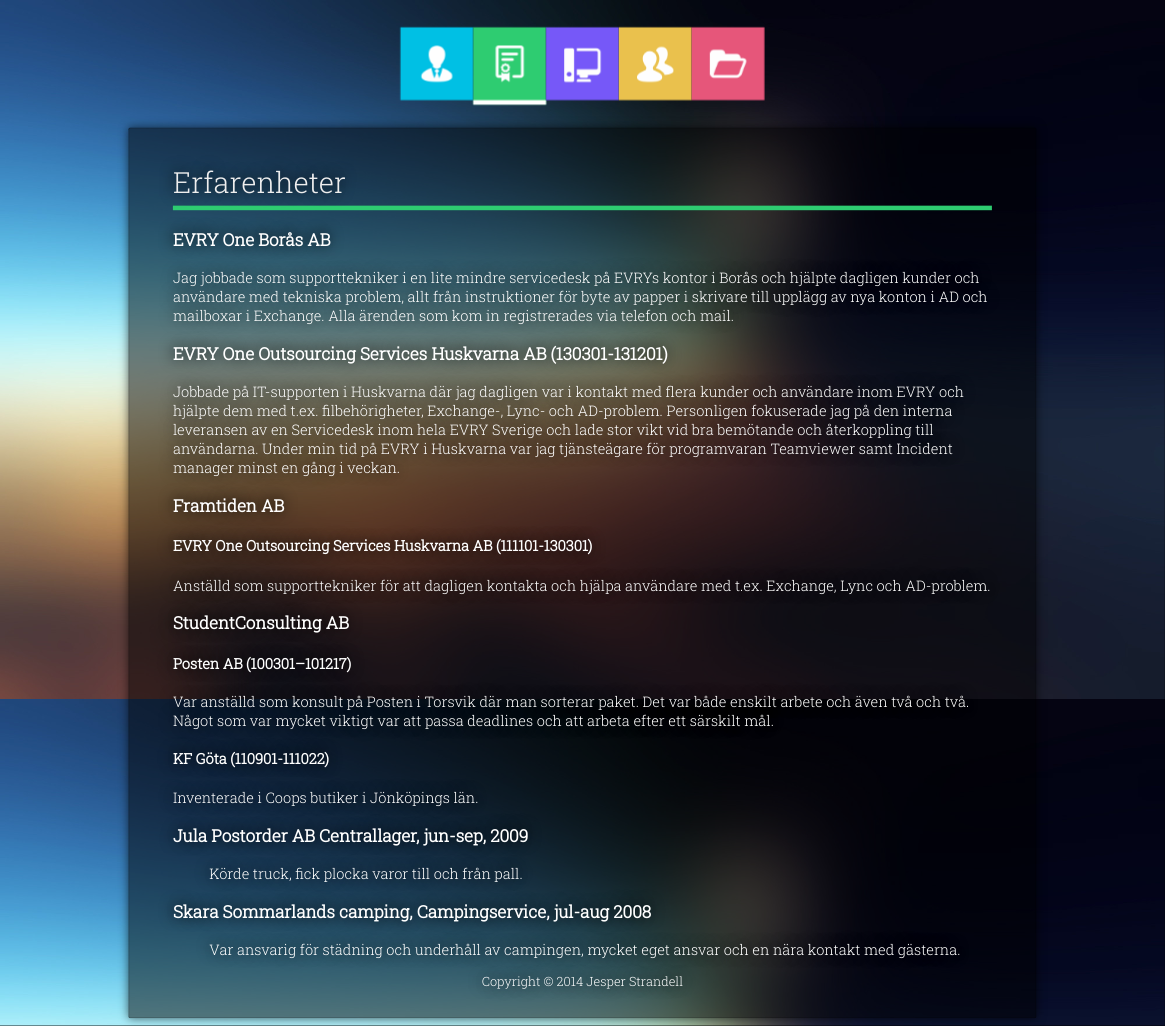
Repository: ja222vv/minipage
Page: pages/experience.html
The author's editor kept a record of every edit. The page is drawn from the files as they stood at one moment, then again after the next edit.
The browser window is 1280 px wide. The pictures show the whole page, at 91% of full size.
Backgrounds fixed to the window are drawn as part of the page.

Above is the page before.
Not found: pages/scripts/script.js

After the next edit:
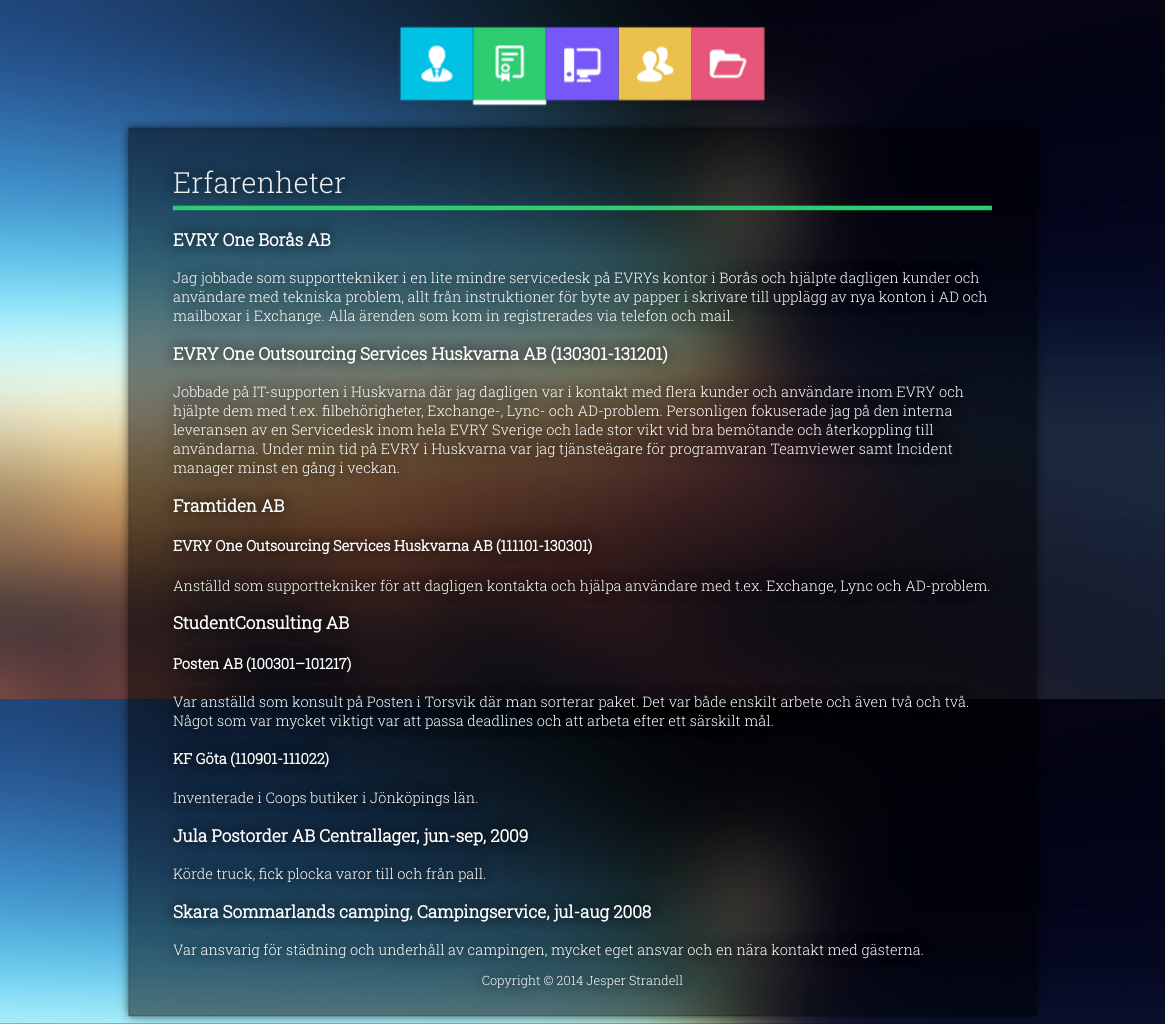
The edit:
--- a/pages/experience.html
+++ b/pages/experience.html
@@ -61,13 +61,9 @@
                     <h4>KF Göta (110901-111022)</h4>
                             Inventerade i Coops butiker i Jönköpings län.
                 <h3>Jula Postorder AB Centrallager, jun-sep, 2009</h3>
-                    <ul class="nostyle">
                         Körde truck, fick plocka varor till och från pall.
-                    </ul>
                 <h3>Skara Sommarlands camping, Campingservice, jul-aug 2008</h3>
-                    <ul class="nostyle">
                         Var ansvarig för städning och underhåll av campingen, mycket eget ansvar och en nära kontakt med gästerna.
-                    </ul>
             </div>
 		    <div class="footer">
 		        <p>Copyright © 2014 Jesper Strandell</p>
